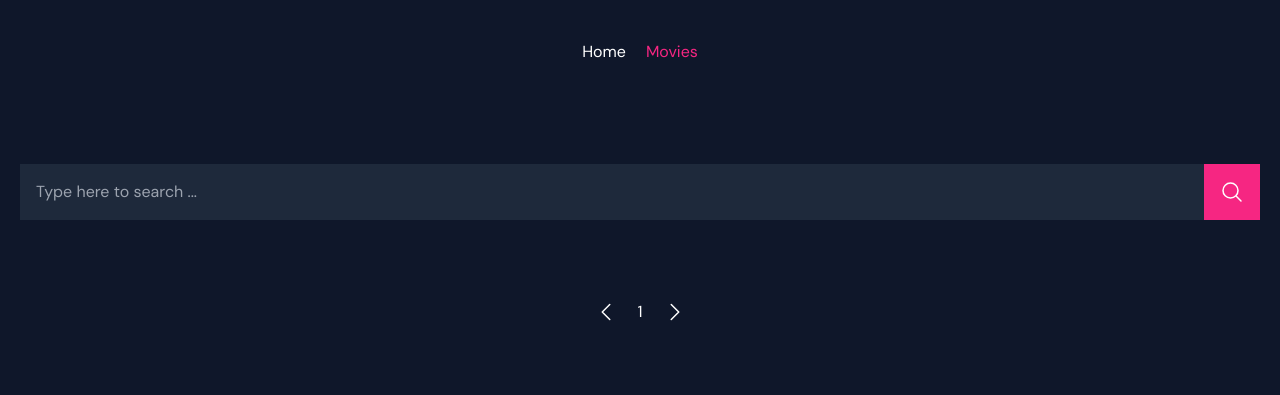
Repository: thanhdinh01/simple-movie
Page: /movies
The author's editor kept a copy of each file at every save. The page is drawn from the files as they stood at one save, then again after the next save.
The browser window is 1280 px wide. The pictures show the whole page.
The page's requests for data from a server got no answer. The project was rebuilt for these pictures with package versions that can differ from the ones it lists, and the page was loaded fresh each time. No one was signed in, and anything a server would have sent is missing. Also part of the build but not shown: src/components/banner/Banner.js, src/components/movie/MovieCard.js, src/components/movie/MovieList.js, src/pages/HomePage.js, src/pages/MovieDetailPage.js.

Above is the page before, as saved 2023-03-01 11:15:09.

After the next save:
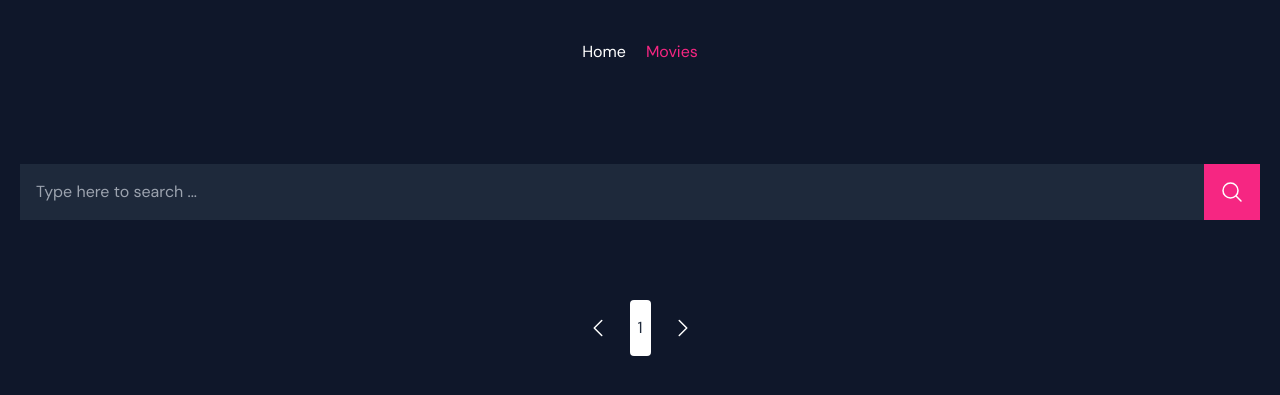
Saved 90 s later.
--- a/src/pages/MoviePage.js
+++ b/src/pages/MoviePage.js
@@ -81,7 +81,7 @@ const MoviePage = () => {
       )}
 
       <div className="flex justify-center items-center mt-10 gap-x-5">
-        <span>
+        <span className="cursor-pointer">
           <svg
             xmlns="http://www.w3.org/2000/svg"
             fill="none"
@@ -97,19 +97,21 @@ const MoviePage = () => {
             />
           </svg>
         </span>
-        <span>1</span>
-        <span>
+        <span className="cursor-pointer bg-white text-slate-800 px-2 py-4 rounded">
+          1
+        </span>
+        <span className="cursor-pointer">
           <svg
             xmlns="http://www.w3.org/2000/svg"
             fill="none"
             viewBox="0 0 24 24"
-            stroke-width="1.5"
+            strokeWidth="1.5"
             stroke="currentColor"
             class="w-6 h-6"
           >
             <path
-              stroke-linecap="round"
-              stroke-linejoin="round"
+              strokeLinecap="round"
+              strokeLinejoin="round"
               d="M8.25 4.5l7.5 7.5-7.5 7.5"
             />
           </svg>
